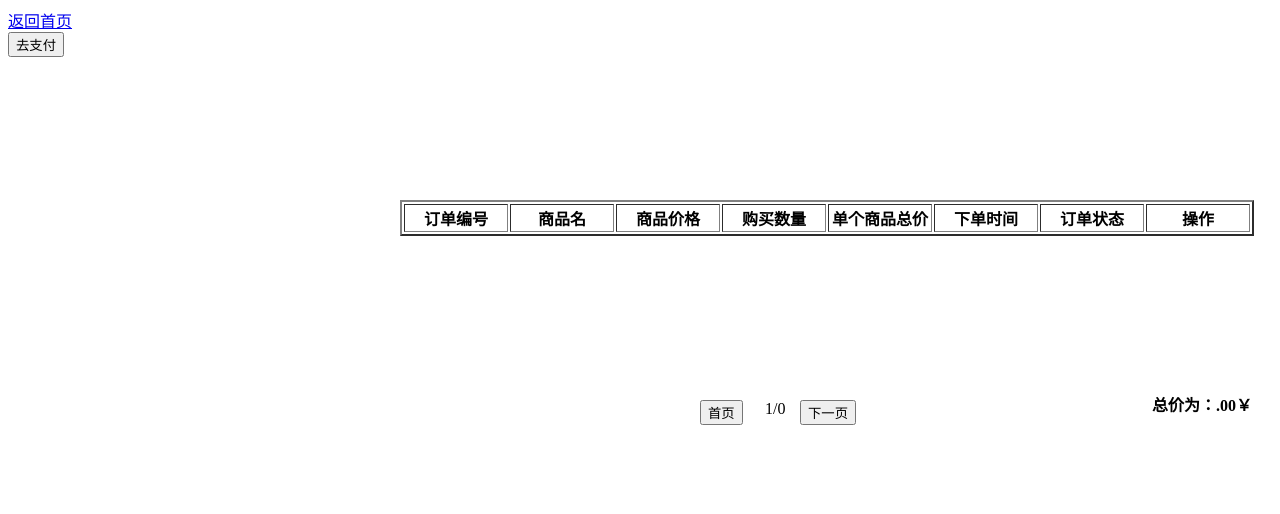
Repository: Gale-student/Gale-student.github.io
Page: http://localhost/weshop/OrdersDetailUnpaidQueryServlet
These files come from the project's save history. The page is drawn as it stood at one moment and after the next save; the edit follows.
The browser window is 1280 px wide. The pictures show the whole page.
The page is served by Tomcat 9. Other server files are loaded and not shown. Queries for data that is not in the repository find no rows.

Above is the page before, as saved 2022-10-05 13:18:54.

### WeShop/weshop/WebRoot/WEB-INF/jsp/OrdersUnpaidQueryOfUser.jsp
<%@ page language="java" import="java.util.*,com.company.entity.*" pageEncoding="utf-8"%>
<%
String path = request.getContextPath();
String basePath = request.getScheme()+"://"+request.getServerName()+":"+request.getServerPort()+path+"/";
%>

<!DOCTYPE HTML PUBLIC "-//W3C//DTD HTML 4.01 Transitional//EN">
<html>
  <head>
    <base href="<%=basePath%>">

    <title>My JSP 'OrdersUnpaidQueryOfUser.jsp' starting page</title>

	<meta http-equiv="pragma" content="no-cache">
	<meta http-equiv="cache-control" content="no-cache">
	<meta http-equiv="expires" content="0">
	<meta http-equiv="keywords" content="keyword1,keyword2,keyword3">
	<meta http-equiv="description" content="This is my page">
	<!--
	<link rel="stylesheet" type="text/css" href="styles.css">
	-->
  <%
      List<OrdersDetail> ordersDetailList = (List<OrdersDetail>)request.getAttribute("ordersDetailList");

      int currentPage = (Integer) session.getAttribute("currentPage");
      int allPage = (Integer) session.getAttribute("allPage");

      String upPage = "上一页";
      String downPage = "下一页";
      if(currentPage == 1){
         upPage = "首页";
      }
      if(currentPage == allPage){
         downPage = "尾页";
      }

      String totalPrice = (String) request.getAttribute("totalPrice");
      if(totalPrice == null){
         totalPrice = "";
      }
   %>
    <style type="text/css">
     th{
        width: 100px;
     }
     td{
        width: 100px;
     }
   </style>
  </head>

  <body>
   <a href="ShoppingHomePage.jsp">返回首页</a>
    <table style="position: absolute; left: 400px; top: 200px; text-align: center;" border="2" cellspacing="2">
       <tr>
          <th>订单编号</th>
          <th>商品名</th>
          <th>商品价格</th>
          <th>购买数量</th>
          <th>单个商品总价</th>
          <th>下单时间</th>
          <th>订单状态</th>
          <th>操作</th>
       </tr>
       <%for(int i = 0; i < ordersDetailList.size(); i ++){ %>
       <tr>
          <td><%=ordersDetailList.get(i).getOid() %></td>
          <td><%=ordersDetailList.get(i).getSname() %></td>
          <td><%=ordersDetailList.get(i).getSprice() %>.00￥</td>
          <td><%=ordersDetailList.get(i).getQuantity() %>.0</td>
          <td><%=ordersDetailList.get(i).getShopPrice() %>.00￥</td>
          <td><%=ordersDetailList.get(i).getDate() %></td>
          <td><%=ordersDetailList.get(i).getStatus() %></td>
          <td>
             <form action="OrdersCancelOfUserServlet" method="post">
                <input style="position: absolute; visibility: hidden;" type="text" value=<%=ordersDetailList.get(i).getOid() %> name="oid">
                <input type="submit" value="取消订单">
             </form>
          </td>
       </tr>
       <%} %>
    </table>
    <div style="position: absolute; left: 700px; top: 400px;">
    <form action="OrdersDetailUnpaidUpPageServlet" method="post">
       <input type="submit" value=<%=upPage %>>
    </form>
    <label style="position: absolute; top: 0px; left: 65px;"><%=currentPage + "/" + allPage %></label>
    <form style="position: absolute; top: 0px; left: 100px;" action="OrdersDetailUnpaidDownPageServlet" method="post">
       <input type="submit" value=<%=downPage %>>
    </form>

    </div>
    <label style="position: absolute; left: 1150px; top: 390px;border: 2px solid white; font-weight: bolder;">总价为：<%=totalPrice %>.00￥</label>
    <form action="" method="post">
        <input type="submit" value="去支付">
    </form>
  </body>
</html>

### WeShop/weshop/src/com/company/controller/OrdersDetailUnpaidQueryServlet.java
package com.company.controller;

import java.io.IOException;
import java.io.PrintWriter;
import java.util.List;

import javax.servlet.ServletException;
import javax.servlet.http.HttpServlet;
import javax.servlet.http.HttpServletRequest;
import javax.servlet.http.HttpServletResponse;
import javax.servlet.http.HttpSession;

import com.company.entity.OrdersDetail;
import com.company.service.OrdersService;
import com.company.service.OrdersServiceImpl;

public class OrdersDetailUnpaidQueryServlet extends HttpServlet {

	/**
	 * The doGet method of the servlet. <br>
	 *
	 * This method is called when a form has its tag value method equals to get.
	 *
	 * @param request the request send by the client to the server
	 * @param response the response send by the server to the client
	 * @throws ServletException if an error occurred
	 * @throws IOException if an error occurred
	 */
	public void doGet(HttpServletRequest request, HttpServletResponse response)
			throws ServletException, IOException {

		doPost(request, response);
	}

	/**
	 * The doPost method of the servlet. <br>
	 *
	 * This method is called when a form has its tag value method equals to post.
	 *
	 * @param request the request send by the client to the server
	 * @param response the response send by the server to the client
	 * @throws ServletException if an error occurred
	 * @throws IOException if an error occurred
	 */
	public void doPost(HttpServletRequest request, HttpServletResponse response)
			throws ServletException, IOException {

		HttpSession hs = request.getSession();
		String uid = (String)hs.getAttribute("uid");
		OrdersService ordersService = new OrdersServiceImpl();
		try {
			List<OrdersDetail> ordersDetailList = ordersService.queryOrdersDetailUnpaid(uid, 0);
			int allRows = ordersService.OrdersDetailUnpaidAllRows(uid);
			int allPage = allRows / 3;
			if(allRows % 3 != 0){
				allPage ++;
			}
			String totalPrice = ordersService.queryTotalPriceOfUserUnpaidOrders(uid);
			request.setAttribute("totalPrice", totalPrice);
			hs.setAttribute("allPage", allPage);
			hs.setAttribute("currentPage", 1);
			request.setAttribute("ordersDetailList", ordersDetailList);
			request.getRequestDispatcher("WEB-INF/jsp/OrdersUnpaidQueryOfUser.jsp").forward(request, response);
		} catch (Exception e) {
			// TODO Auto-generated catch block
			e.printStackTrace();
		}

	}

}

### WeShop/weshop/src/com/company/service/OrdersServiceImpl.java
package com.company.service;

import java.util.List;

import com.company.dao.OrdersDao;
import com.company.dao.OrdersDaoImpl;
import com.company.entity.Orders;
import com.company.entity.OrdersDetail;

public class OrdersServiceImpl implements OrdersService {
	private OrdersDao ordersDao = new OrdersDaoImpl();

    //获取订单表总行数
	public int OrdersAllRows() throws Exception {
		int ordersAllRows = ordersDao.OrdersAllRows();
		return ordersAllRows;
	}

    //添加订单(购买 下单 默认未支付状态)
	public void addOrders(String uid, String sid, String quantity)
			throws Exception {
		ordersDao.insertOrders(uid, sid, quantity);
	}

    //取消订单
	public void cancelOrders(String oid) throws Exception {
		ordersDao.deleteOrders(oid);
	}

    //订单表分页
	public List<Orders> ordersPagingQuery(int page) throws Exception {
		List<Orders> ordersList = ordersDao.ordersPaging(page * 3, 3);
		return ordersList;
	}

    //根据订单编号查订单
	public List<Orders> queryOrdersByOid(String oid) throws Exception {
		List<Orders> ordersList = ordersDao.selectOrdersByOid(oid);
		return ordersList;
	}

    //查看未支付订单
	public List<Orders> queryOrdersByStatusUnpaid() throws Exception {
		List<Orders> ordersList = ordersDao.selectOrdersByStatusUnpaid();
		return ordersList;
	}

	//通过用户ID查订单
	public List<Orders> queryOrdersByUid(String uid) throws Exception {
		List<Orders> ordersList = ordersDao.selectOrdersByUid(uid);
		return ordersList;
	}

	//修改商品数量
	public void modifyQuantity(String sid, String quantity) throws Exception {
		ordersDao.updateQuantity(sid, quantity);
	}

	//查找所有订单
	public List<Orders> queryAllOrders() throws Exception {
		List<Orders> ordersList = ordersDao.selectAllOrders();
		return ordersList;
	}

	//查看用户所有订单详情
	public List<OrdersDetail> selectOrdersDetail(String uid, int page) throws Exception {
		List<OrdersDetail> ordersDetailList = ordersDao.selectOrdersDetail(uid, page * 3, 3);
		return ordersDetailList;
	}

	//获取用户订单表总行数
	public int OrdersDetailAllRows(String uid) throws Exception {
		int ordersDetailAllRows = ordersDao.OrdersDetailAllRows(uid);
		return ordersDetailAllRows;
	}

	//获取用户未支付订单总行数
	public int OrdersDetailUnpaidAllRows(String uid) throws Exception {
		int ordersDetailUnpaidAllRows = ordersDao.OrdersDetailUnpaidAllRows(uid);
		return ordersDetailUnpaidAllRows;
	}

	//查看用户未支付订单详情
	public List<OrdersDetail> queryOrdersDetailUnpaid(String uid, int page) throws Exception {
		List<OrdersDetail> ordersDetaiUnpaidlList = ordersDao.selectOrdersDetailUnpaid(uid, page * 3, 3);
		return ordersDetaiUnpaidlList;
	}

	//
	public String queryTotalPriceOfUserUnpaidOrders(String uid)
			throws Exception {
		String totalPrice = ordersDao.selectTotalPriceOfUserUnpaidOrders(uid);
		return totalPrice;
	}


}

### WeShop/weshop/src/com/company/dao/OrdersDao.java
package com.company.dao;

import java.util.List;

import com.company.entity.Orders;
import com.company.entity.OrdersDetail;

public interface OrdersDao {
	//删除订单(取消订单)
	public void deleteOrders(String oid) throws Exception;
	//订单表分页
	public List<Orders> ordersPaging(int offset, int count) throws Exception;
	//获取订单表总行数
	public int OrdersAllRows() throws Exception;
	//根据订单号查找订单
	public List<Orders> selectOrdersByOid(String oid) throws Exception;
	//查看未支付订单
	public List<Orders> selectOrdersByStatusUnpaid() throws Exception;
	//用户下单(添加订单)
	public void insertOrders(String uid, String sid, String quantity) throws Exception;
	//根据用户ID查订单
	public List<Orders> selectOrdersByUid(String uid) throws Exception;
	//更新订单中商品数量
	public void updateQuantity(String sid, String quantity) throws Exception;
	//查寻所有订单
	public List<Orders> selectAllOrders() throws Exception;
	//订单详情表分页(用户)
	public List<OrdersDetail> selectOrdersDetail(String uid, int offset, int count) throws Exception;
	//获取用户订单表总行数
	public int OrdersDetailAllRows(String uid) throws Exception;
	//用户未支付订单分页查询
	public List<OrdersDetail> selectOrdersDetailUnpaid(String uid, int offset, int count) throws Exception;
	//获取用户未支付订单表总行数
	public int OrdersDetailUnpaidAllRows(String uid) throws Exception;
	//获取所有未支付订单的总价
	public String selectTotalPriceOfUserUnpaidOrders(String uid) throws Exception;
}

### WeShop/weshop/src/com/company/dao/OrdersDaoImpl.java
package com.company.dao;

import java.sql.Connection;
import java.sql.Date;
import java.sql.DriverManager;
import java.sql.PreparedStatement;
import java.sql.ResultSet;
import java.text.DateFormat;
import java.util.ArrayList;
import java.util.List;

import com.company.entity.Orders;
import com.company.entity.OrdersDetail;
import com.company.entity.User;

public class OrdersDaoImpl implements OrdersDao {
	private String url = "jdbc:mysql://localhost:3306/test?characterEncoding=utf-8";
    private String username = "root";
    private String password = "root";

    //获取订单表总行数(管理员)
	public int OrdersAllRows() throws Exception {
		Class.forName("com.mysql.jdbc.Driver");
		Connection conn = DriverManager.getConnection(url, username, password);
		String sql = " select count(*) as rows from orders ";
		PreparedStatement ps = conn.prepareStatement(sql);
		ResultSet rs = ps.executeQuery();
		rs.next();
		int rows = rs.getInt("rows");
		return rows;
	}

    //删除订单(管理员)
	public void deleteOrders(String oid) throws Exception {
		Class.forName("com.mysql.jdbc.Driver");
		Connection conn = DriverManager.getConnection(url, username, password);
		String sql = " delete from orders where oid = ? ";
		PreparedStatement ps = conn.prepareStatement(sql);
		ps.setString(1, oid);
		ps.execute();
		conn.close();

	}

    //订单表分页(管理员)
	public List<Orders> ordersPaging(int offset, int count) throws Exception {
		Class.forName("com.mysql.jdbc.Driver");
		Connection conn = DriverManager.getConnection(url, username, password);
		String sql = " select * from orders limit ?, ? ";
		PreparedStatement ps = conn.prepareStatement(sql);
		ps.setInt(1, offset);
		ps.setInt(2, count);
		ResultSet rs = ps.executeQuery();
		List<Orders> ordersList = new ArrayList<Orders>();
		while(rs.next()){
			String oid = rs.getString("oid");
			String uid = rs.getString("uid");
			String sid = rs.getString("sid");
			String quantity = rs.getString("quantity");
			String date = rs.getString("date");
			String status = rs.getString("status");
			Orders orders = new Orders();
			orders.setOid(oid);
			orders.setUid(uid);
			orders.setSid(sid);
			orders.setQuantity(quantity);
			orders.setDate(date);
			orders.setStatus(status);
            ordersList.add(orders);
		}
		return ordersList;
	}

    //根据订单号查找订单(管理员)
	public List<Orders> selectOrdersByOid(String oid) throws Exception {
		Class.forName("com.mysql.jdbc.Driver");
		Connection conn = DriverManager.getConnection(url, username, password);
		String sql = " select * from orders where oid = ? ";
		PreparedStatement ps = conn.prepareStatement(sql);
		ps.setString(1, oid);
		ResultSet rs = ps.executeQuery();
		List<Orders> ordersList = new ArrayList<Orders>();
		while(rs.next()){
			String uid = rs.getString("uid");
			String sid = rs.getString("sid");
			String quantity = rs.getString("quantity");
			String date = rs.getString("date");
			String status = rs.getString("status");
			Orders orders = new Orders();
			orders.setOid(oid);
			orders.setUid(uid);
			orders.setSid(sid);
			orders.setQuantity(quantity);
			orders.setDate(date);
			orders.setStatus(status);
			ordersList.add(orders);
		}
		return ordersList;
	}

    //查看未支付订单(管理员)
	public List<Orders> selectOrdersByStatusUnpaid() throws Exception {
		Class.forName("com.mysql.jdbc.Driver");
		Connection conn = DriverManager.getConnection(url, username, password);
		String sql = " select * from orders where status = '0' ";
		PreparedStatement ps = conn.prepareStatement(sql);
		ResultSet rs = ps.executeQuery();
		List<Orders> ordersList = new ArrayList<Orders>();
		while(rs.next()){
			String oid = rs.getString("oid");
			String uid = rs.getString("uid");
			String sid = rs.getString("sid");
			String quantity = rs.getString("quantity");
			String date = rs.getString("date");
			String status = rs.getString("status");
			Orders orders = new Orders();
			orders.setOid(oid);
			orders.setUid(uid);
			orders.setSid(sid);
			orders.setQuantity(quantity);
			orders.setDate(date);
			orders.setStatus(status);
			ordersList.add(orders);
		}
		return ordersList;
	}

	//添加订单(用户购买)
	public void insertOrders(String uid, String sid, String quantity) throws Exception {
		Class.forName("com.mysql.jdbc.Driver");
		Connection conn = DriverManager.getConnection(url, username, password);

		System.currentTimeMillis();
		String oid = "" + System.currentTimeMillis();
		String sql = " insert into orders values ( ?, ?, ?, ?, now(), 0 ) ";
		PreparedStatement ps = conn.prepareStatement(sql);
		ps.setString(1, oid);
		ps.setString(2, uid);
		ps.setString(3, sid);
		ps.setString(4, quantity);
		ps.execute();
		conn.close();

	}

	//根据用户ID查询订单(管理员)
	public List<Orders> selectOrdersByUid(String uid) throws Exception {
		Class.forName("com.mysql.jdbc.Driver");
		Connection conn = DriverManager.getConnection(url, username, password);
		String sql = " select * from orders where uid = ? ";
		PreparedStatement ps = conn.prepareStatement(sql);
		ps.setString(1, uid);
		ResultSet rs = ps.executeQuery();
		List<Orders> ordersList = new ArrayList<Orders>();
		while(rs.next()){
			String oid = rs.getString("oid");
			String sid = rs.getString("sid");
			String quantity = rs.getString("quantity");
			String date = rs.getString("date");
			String status = rs.getString("status");
			Orders orders = new Orders();
			orders.setOid(oid);
			orders.setUid(uid);
			orders.setSid(sid);
			orders.setQuantity(quantity);
			orders.setDate(date);
			orders.setStatus(status);
			ordersList.add(orders);
		}
		return ordersList;
	}

	//更新订单中商品数量(用户 添加相同商品)
	public void updateQuantity(String sid, String quantity) throws Exception {
		Class.forName("com.mysql.jdbc.Driver");
		Connection conn = DriverManager.getConnection(url, username, password);
		String sql = " update orders set quantity = quantity + ? where sid = ? and status = 0 ";
		PreparedStatement ps = conn.prepareStatement(sql);
		ps.setString(1, quantity);
		ps.setString(2, sid);
		ps.execute();
		conn.close();
	}

	//查询所有订单(管理员)
	public List<Orders> selectAllOrders() throws Exception {
		Class.forName("com.mysql.jdbc.Driver");
		Connection conn = DriverManager.getConnection(url, username, password);
		String sql = " select * from orders ";
		PreparedStatement ps = conn.prepareStatement(sql);
		ResultSet rs = ps.executeQuery();
		List<Orders> ordersList = new ArrayList<Orders>();
		while(rs.next()){
			String oid = rs.getString("oid");
			String uid = rs.getString("uid");
			String sid = rs.getString("sid");
			String quantity = rs.getString("quantity");
			String date = rs.getString("date");
			String status = rs.getString("status");
			Orders orders = new Orders();
			orders.setOid(oid);
			orders.setUid(uid);
			orders.setSid(sid);
			orders.setQuantity(quantity);
			orders.setDate(date);
			orders.setStatus(status);
			ordersList.add(orders);
		}
		return ordersList;
	}

	//用户订单详情表分页
	public List<OrdersDetail> selectOrdersDetail(String uid, int offset, int count) throws Exception {
		Class.forName("com.mysql.jdbc.Driver");
		Connection conn = DriverManager.getConnection(url, username, password);
		String sql = " select o.oid, o.uid, s.sname, s.sprice, o.quantity,  " +
				"(o.quantity * s.sprice) as shopPrice, o.date, o.status from orders " +
				"o inner join shop s where s.sid = o.sid and o.uid = ? limit ?, ? ";
		PreparedStatement ps = conn.prepareStatement(sql);
		ps.setString(1, uid);
		ps.setInt(2, offset);
		ps.setInt(3, count);
		ResultSet rs = ps.executeQuery();
		List<OrdersDetail> ordersDetailList = new ArrayList<OrdersDetail>();
		while(rs.next()){
			String oid = rs.getString("oid");
			String sname = rs.getString("sname");
			String sprice = rs.getString("sprice");
			String quantity = rs.getString("quantity");
			String shopPrice = rs.getString("shopPrice");
			String date = rs.getString("date");
			String status = rs.getString("status");
			OrdersDetail ordersDetail = new OrdersDetail();
			ordersDetail.setOid(oid);
			ordersDetail.setUid(uid);
			ordersDetail.setSname(sname);
			ordersDetail.setSprice(sprice);
			ordersDetail.setQuantity(quantity);
			ordersDetail.setShopPrice(shopPrice);
			ordersDetail.setDate(date);
			ordersDetail.setStatus(status);
			ordersDetailList.add(ordersDetail);
		}
		return ordersDetailList;
	}

	//获取用户订单详情表总行数
	public int OrdersDetailAllRows(String uid) throws Exception {
		Class.forName("com.mysql.jdbc.Driver");
		Connection conn = DriverManager.getConnection(url, username, password);
		String sql = " select count(*) as rows from orders where uid = ? ";
		PreparedStatement ps = conn.prepareStatement(sql);
		ps.setString(1, uid);
		ResultSet rs = ps.executeQuery();
		rs.next();
		int rows = rs.getInt("rows");
		conn.close();
		return rows;
	}

	//获取用户未支付订单总行数
	public int OrdersDetailUnpaidAllRows(String uid) throws Exception {
		Class.forName("com.mysql.jdbc.Driver");
		Connection conn = DriverManager.getConnection(url, username, password);
		String sql = " select count(*) as rows from orders where uid = ? and status = 0 ";
		PreparedStatement ps = conn.prepareStatement(sql);
		ps.setString(1, uid);
		ResultSet rs = ps.executeQuery();
		rs.next();
		int rows = rs.getInt("rows");
		conn.close();
		return rows;
	}

	//查询用户未支付订单
	public List<OrdersDetail> selectOrdersDetailUnpaid(String uid, int offset,
			int count) throws Exception {
		Class.forName("com.mysql.jdbc.Driver");
		Connection conn = DriverManager.getConnection(url, username, password);
		String sql = " select o.oid, o.uid, s.sname, s.sprice, o.quantity,  " +
				"(o.quantity * s.sprice) as shopPrice, o.date, o.status from orders " +
				"o inner join shop s where s.sid = o.sid and o.uid = ? and o.status = 0 limit ?, ? ";
		PreparedStatement ps = conn.prepareStatement(sql);
		ps.setString(1, uid);
		ps.setInt(2, offset);
		ps.setInt(3, count);
		ResultSet rs = ps.executeQuery();
		List<OrdersDetail> ordersDetailList = new ArrayList<OrdersDetail>();
		while(rs.next()){
			String oid = rs.getString("oid");
			String sname = rs.getString("sname");
			String sprice = rs.getString("sprice");
			String quantity = rs.getString("quantity");
			String shopPrice = rs.getString("shopPrice");
			String date = rs.getString("date");
			String status = rs.getString("status");
			OrdersDetail ordersDetail = new OrdersDetail();
			ordersDetail.setOid(oid);
			ordersDetail.setUid(uid);
			ordersDetail.setSname(sname);
			ordersDetail.setSprice(sprice);
			ordersDetail.setQuantity(quantity);
			ordersDetail.setShopPrice(shopPrice);
			ordersDetail.setDate(date);
			ordersDetail.setStatus(status);
			ordersDetailList.add(ordersDetail);
		}
		return ordersDetailList;
	}

	//获取用户未支付订单的总价
	public String selectTotalPriceOfUserUnpaidOrders(String uid)
			throws Exception {
		Class.forName("com.mysql.jdbc.Driver");
		Connection conn = DriverManager.getConnection(url, username, password);
		String sql = " select sum(o.quantity * s.sprice) as totalPrice from orders o inner join shop s where uid = ? and status = 0 ";
		PreparedStatement ps = conn.prepareStatement(sql);
		ps.setString(1, uid);
		ResultSet rs = ps.executeQuery();
		rs.next();
		String totalPrice = rs.getString("totalPrice");
		return totalPrice;
	}

}

After the next save:
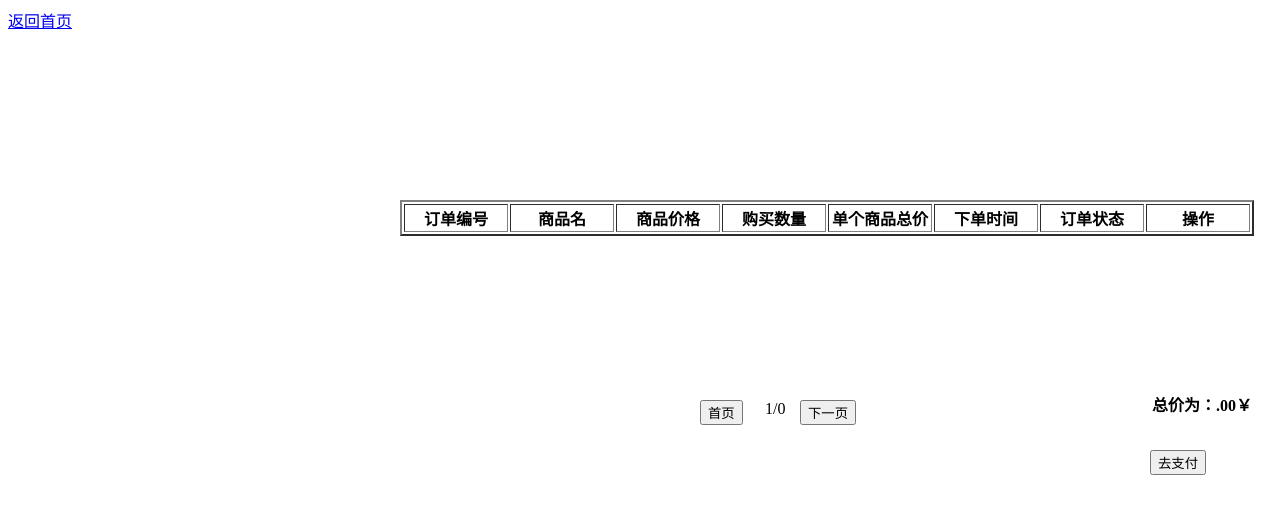
Saved 39 s later.
--- a/WeShop/weshop/WebRoot/WEB-INF/jsp/OrdersUnpaidQueryOfUser.jsp
+++ b/WeShop/weshop/WebRoot/WEB-INF/jsp/OrdersUnpaidQueryOfUser.jsp
@@ -92,7 +92,7 @@ String basePath = request.getScheme()+"://"+request.getServerName()+":"+request.
     </div>
     <label style="position: absolute; left: 1150px; top: 390px;border: 2px solid white; font-weight: bolder;">总价为：<%=totalPrice %>.00￥</label>
     <form action="" method="post">
-        <input type="submit" value="去支付">
+        <input style="position: absolute; left: 1150px; top: 450px;" type="submit" value="去支付">
     </form>
   </body>
 </html>
